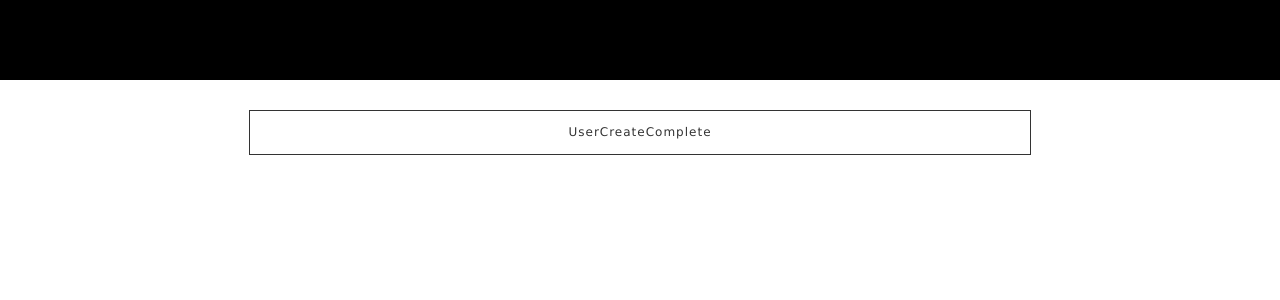
Repository: yukisu18/test
Page: http://localhost/template/userCreateComplete.jsp
An editor plug-in stored every save of this project. The page is shown before and after the next save, followed by the edit.
The browser window is 1280 px wide. The pictures show the whole page.
The page is served by Tomcat 9. Nobody is signed in. The application's start-up code is not run.

Above is the page before, as saved 2019-02-20 11:48:46.

After the next save:
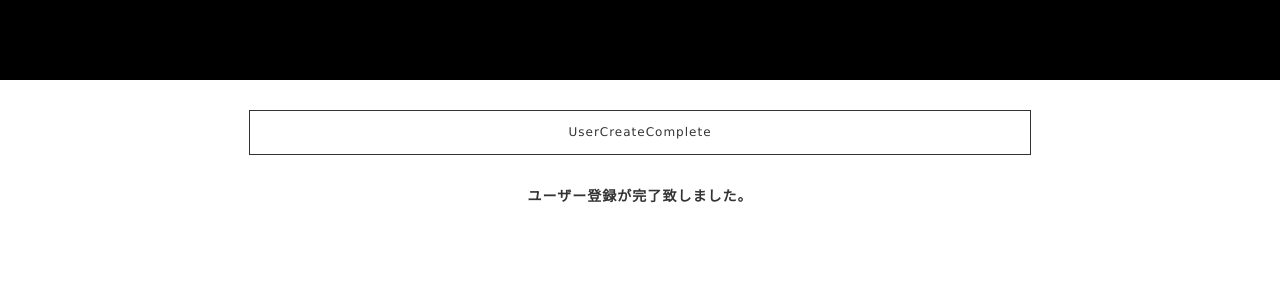
Saved 66 s later.
--- a/template/WebContent/userCreateComplete.jsp
+++ b/template/WebContent/userCreateComplete.jsp
@@ -65,6 +65,9 @@ table {
 		<div id="top">
 			<p>UserCreateComplete</p>
 		</div>
+		<div>
+		<h3>ユーザー登録が完了致しました。</h3>
+		</div>
 	</div>
 </body>
 </html>
